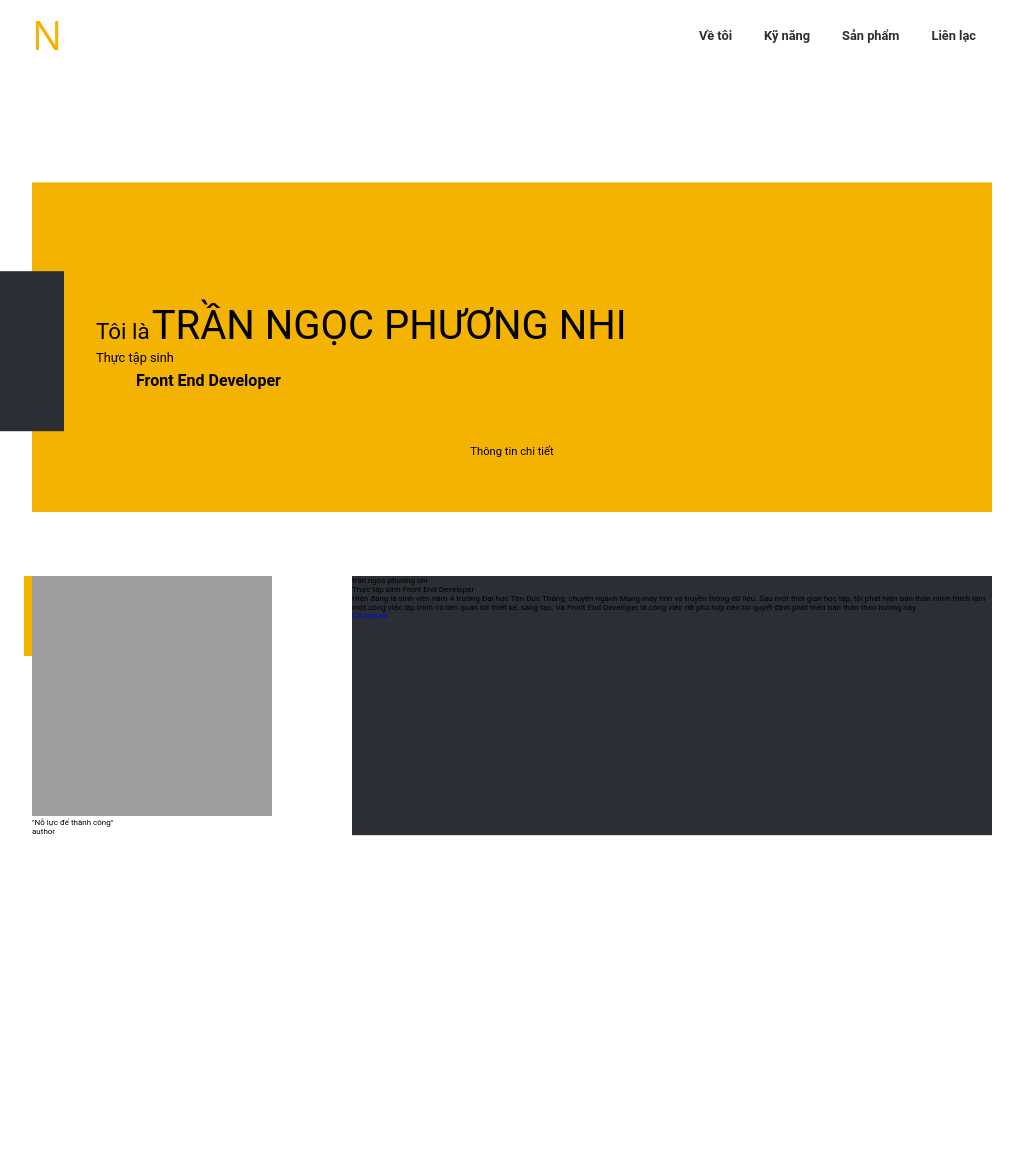
Repository: TranNgocPhuongNhi/my-portfolio
Page: index.html
The author's editor kept a copy of each file at every save. The page is drawn from the files as they stood at one save, then again after the next save.
The browser window is 1280 px wide. The pictures show the whole page, at 80% of full size.
Pictures or frames that could not be fetched are drawn as grey boxes. Some icons come from a web library that is not loaded, so they are not drawn. Some web libraries are served in a nearby version.

Above is the page before, as saved 2021-07-04 16:00:29.

After the next save:
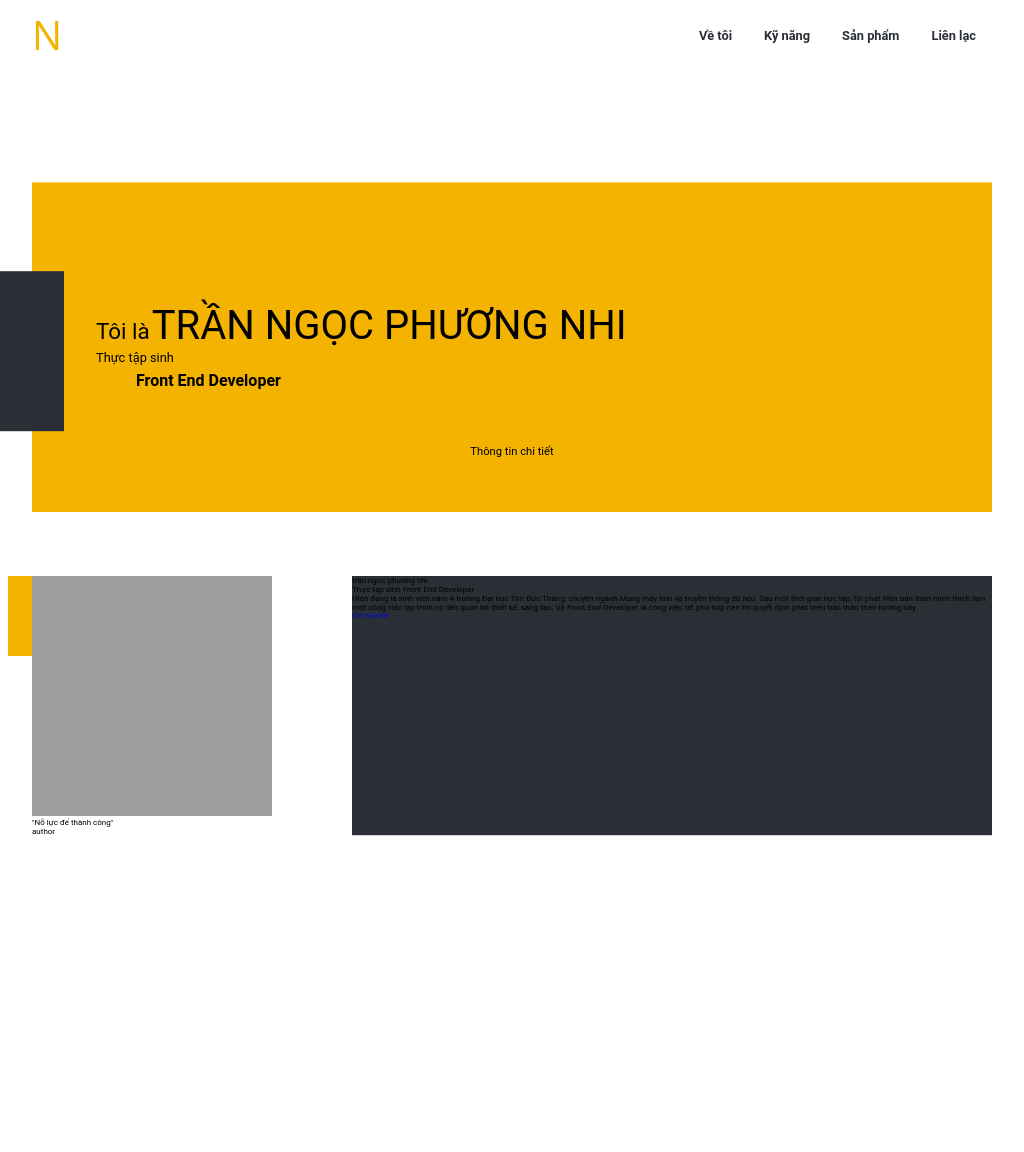
Saved 9 s later.
--- a/resources/css/main.css
+++ b/resources/css/main.css
@@ -175,7 +175,7 @@ a {
     background-color: var(--primary1);
     position: absolute;
     top: 0;
-    left: -1rem;
+    left: -3rem;
     z-index: -1;
 }
 
